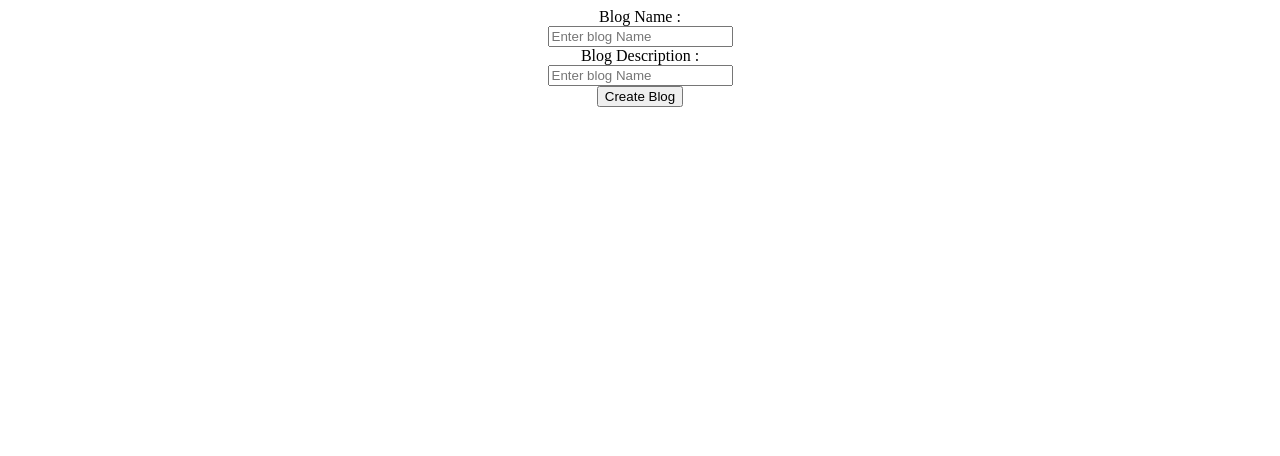
Repository: JamesArul/CLBSiteSTMT
Page: StudentsMeetFrontEnd/WebContent/Blog/BlogCreate.html
These files come from the project's save history. The page is drawn as it stood at one moment and after the next save; the edit follows.
The browser window is 1280 px wide. The pictures show the whole page.

Above is the page before, as saved 2017-05-31 17:50:29.

### StudentsMeetFrontEnd/WebContent/Blog/BlogCreate.html
<div ng-controller="BlogController as btrl">
<center>
<form ng-submit="btrl.createBlog()" class="form-horizontal">
<div class="form-group">
    <label class="control-label col-sm-2" for="blogName">Blog Name :</label>
    <div class="col-sm-10">
      <input type="password" class="form-control" id="blogName" placeholder="Enter blog Name"  ng-model="btrl.blog.blogName">
    </div>
  </div>
  <div class="form-group">
    <label class="control-label col-sm-2" for="blogDesc">Blog Description :</label>
    <div class="col-sm-10">
      <input type="password" class="form-control" id="blogDesc" placeholder="Enter blog Name"  ng-model="btrl.blog.blogDescription">
    </div>
  </div>
  <div class="form-group">
    <div class="col-sm-offset-2 col-sm-10">
	<input type="submit" value="Create Blog">
	</div>
</form>
</center>
</div>

After the next save:
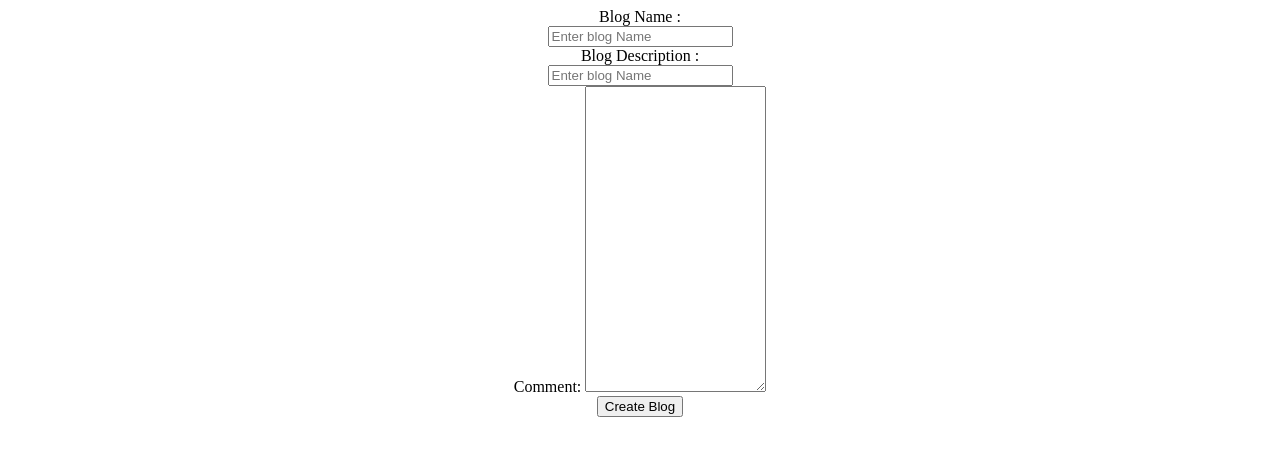
Saved 2 min 25 s later.
--- a/StudentsMeetFrontEnd/WebContent/Blog/BlogCreate.html
+++ b/StudentsMeetFrontEnd/WebContent/Blog/BlogCreate.html
@@ -14,6 +14,10 @@
     </div>
   </div>
   <div class="form-group">
+  	<label for="blogData">Comment:</label>
+  	<textarea class="form-control" rows="20" id="blogData"></textarea>
+  </div>
+  <div class="form-group">
     <div class="col-sm-offset-2 col-sm-10">
 	<input type="submit" value="Create Blog">
 	</div>
